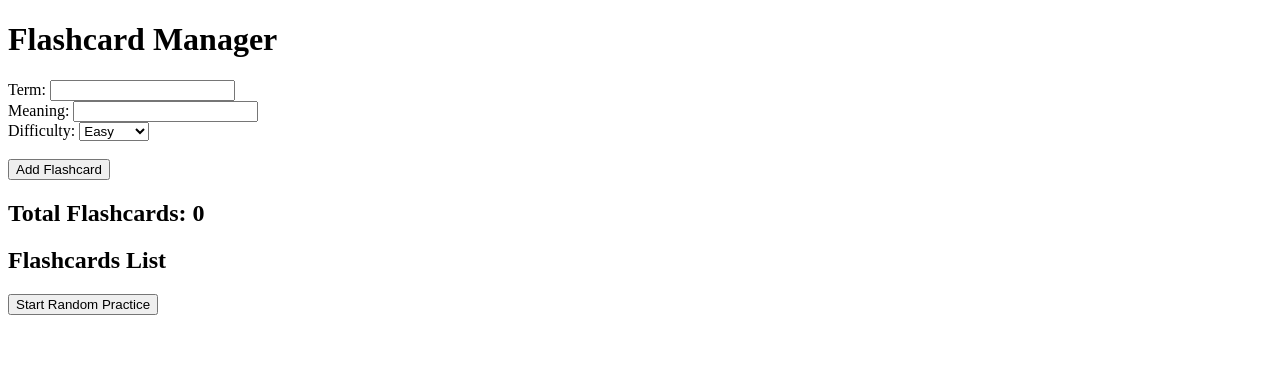
Repository: Oriyin/Algorithm_StudyHelper
Page: http://localhost/flashcards
The author's editor kept a copy of each file at every save. The page is drawn from the files as they stood at one save, then again after the next save.
The browser window is 1280 px wide. The pictures show the whole page.
The page is served by the project's application, run on Flask 3 (backend/app.py). Other server files are loaded and not shown.

Above is the page before, as saved 2024-10-11 11:56:54.

### templates/flashcards.html
<!DOCTYPE html>
<html lang="en">
<head>
    <meta charset="UTF-8">
    <meta name="viewport" content="width=device-width, initial-scale=1.0">
    <title>Flashcards</title>
</head>
<body>
    <h1>Flashcard Manager</h1>

    <!-- Form สำหรับการเพิ่ม flashcard -->
    <form method="POST" action="{{ url_for('manage_flashcards') }}">
        <label for="term">Term:</label>
        <input type="text" name="term" id="term" required><br>

        <label for="meaning">Meaning:</label>
        <input type="text" name="meaning" id="meaning" required><br>

        <!-- Dropdown for selecting difficulty -->
        <label for="difficulty">Difficulty:</label>
        <select name="difficulty" id="difficulty" required>
            <option value="Easy">Easy</option>
            <option value="Medium">Medium</option>
            <option value="Hard">Hard</option>
        </select><br><br>

        <button type="submit">Add Flashcard</button>
    </form>

    <!-- Display total number of flashcards -->
    <h2>Total Flashcards: {{ flashcards|length }}</h2>

    <h2>Flashcards List</h2>
    <ul>
        {% for flashcard in flashcards %}
            <li>{{ flashcard.term }} - {{ flashcard.meaning }} ({{ flashcard.difficulty }})</li>
        {% endfor %}
    </ul>

    <!-- Button to start practicing flashcards -->
    <form method="GET" action="{{ url_for('start_practice') }}">
        <button type="submit">Start Random Practice</button>
    </form>
</body>
</html>

### backend/app.py
# app.py

from flask import Flask, request, render_template, redirect, url_for
from algorithm import *

# Initialize the Flask application and specify the template folder
app = Flask(__name__, template_folder="../templates")

# Global variables for storing tasks and notes temporarily
tasks = []
notes = []
task_counter = 0  # A counter to uniquely identify each task

# Route for the home page
@app.route('/')
def home():
    return render_template('index.html')

# Route for managing tasks
@app.route('/tasks', methods=['GET', 'POST'])
def manage_tasks():
    global tasks, task_counter
    if request.method == 'POST':
        task_name = request.form.get('task_name')
        task_description = request.form.get('task_description')
        due_date = request.form.get('due_date')
        priority = int(request.form.get('priority'))

        if task_name and task_description and due_date:
            task_counter += 1  # Increment task counter for each new task
            tasks.append({
                'id': task_counter,  # Assign unique ID to each task
                'name': task_name,
                'description': task_description,
                'dueDate': due_date,
                'priority': priority,
                'completed': False
            })

            # Sort tasks by due date immediately (excluding completed tasks) using Insertion Sort
            tasks = insertion_sort([task for task in tasks if not task['completed']], 'dueDate') + [task for task in tasks if task['completed']]

            print("Updated tasks list:")
            print(tasks)

    todo_tasks = [task for task in tasks if not task['completed']]
    done_tasks = [task for task in tasks if task['completed']]

    return render_template('tasks.html', todo_tasks=todo_tasks, done_tasks=done_tasks, enumerate=enumerate)

# Route for managing notes
@app.route('/notes', methods=['GET', 'POST'])
def manage_notes():
    global notes
    if request.method == 'POST':
        note_title = request.form.get('note_title')
        note_content = request.form.get('note_content')

        if note_title and note_content:
            notes.append({
                'title': note_title,
                'content': note_content
            })
            print("Updated notes list:")
            print(notes)

    return render_template('notes.html', notes=notes, enumerate=enumerate)

# Route to edit a specific note by index
@app.route('/edit_note/<int:index>', methods=['POST'])
def edit_note(index):
    global notes
    new_title = request.form.get('edit_note_title')
    new_content = request.form.get('edit_note_content')

    if new_title and new_content:
        # Update the note with new values
        notes[index]['title'] = new_title
        notes[index]['content'] = new_content
        print("Updated notes list:")
        print(notes)

    return redirect(url_for('manage_notes'))

# Route to delete a specific note by index
@app.route('/delete_note/<int:index>', methods=['POST'])
def delete_note(index):
    global notes
    if index < len(notes):
        notes.pop(index)
        print("Updated notes list:")
        print(notes)
    return redirect(url_for('manage_notes'))

# Route to search through notes using a case-insensitive search with highlighted results
@app.route('/search_notes', methods=['POST'])
def search_notes():
    global notes
    search_pattern = request.form.get('search_pattern').lower()  # Make the search pattern lowercase
    search_results = []

    # Perform case-insensitive search on each note's title and content using naive string search
    for index, note in enumerate(notes):
        title = note['title']
        content = note['content']
        highlighted_content = content

        # Use naive string search to find matches (case-insensitive)
        matches = naive_string_search(content.lower(), search_pattern)  # Perform the search on lowercase text

        # If matches are found, highlight them in the content
        if matches:
            for match_index in matches:
                # Highlight the matched text using HTML <mark> tag
                match = content[match_index:match_index + len(search_pattern)]
                highlighted_content = highlighted_content.replace(match, f"<mark>{match}</mark>")
            search_results.append({
                'index': index,
                'title': title,
                'highlighted_content': highlighted_content
            })

    # If no matches are found, set a message to be displayed
    no_match_message = None
    if not search_results:
        no_match_message = "Don't have any file that match with finding word."

    return render_template('notes.html', notes=notes, search_results=search_results, no_match_message=no_match_message, search_pattern=search_pattern, enumerate=enumerate)

# Route to edit a specific task by index
@app.route('/edit_task/<int:index>', methods=['POST'])
def edit_task(index):
    global tasks
    new_name = request.form.get('edit_name')
    new_description = request.form.get('edit_description')
    new_due_date = request.form.get('edit_due_date')
    new_priority = int(request.form.get('edit_priority'))

    if new_name and new_description and new_due_date:
        # Update the task with new values
        tasks[index]['name'] = new_name
        tasks[index]['description'] = new_description
        tasks[index]['dueDate'] = new_due_date
        tasks[index]['priority'] = new_priority
        print("Updated tasks list:")
        print(tasks)

    # Re-sort tasks by due date immediately after editing using Insertion Sort
    tasks = insertion_sort([task for task in tasks if not task['completed']], 'dueDate') + [task for task in tasks if task['completed']]

    return redirect(url_for('manage_tasks'))

# Route to toggle a task's completion status using its unique ID
@app.route('/toggle_completed/<int:task_id>', methods=['POST'])
def toggle_completed(task_id):
    global tasks
    for task in tasks:
        if task['id'] == task_id:
            task['completed'] = not task['completed']
            print("Updated tasks list:")
            print(tasks)
            break
    # Re-sort the tasks to ensure they are in the correct order
    tasks = insertion_sort([task for task in tasks if not task['completed']], 'dueDate') + [task for task in tasks if task['completed']]
    return redirect(url_for('manage_tasks'))

# Route to delete a task by its unique ID
@app.route('/delete_task/<int:task_id>', methods=['POST'])
def delete_task(task_id):
    global tasks
    tasks = [task for task in tasks if task['id'] != task_id]
    print("Updated tasks list:")
    print(tasks)
    return redirect(url_for('manage_tasks'))

# Route to sort tasks by due date using Merge Sort
@app.route('/sort_by_due_date', methods=['POST'])
def sort_by_due_date():
    global tasks
    incomplete_tasks = [task for task in tasks if not task['completed']]
    # Use merge_sort to sort the incomplete tasks by 'dueDate'
    tasks = merge_sort(incomplete_tasks, 'dueDate') + [task for task in tasks if task['completed']]
    print("Updated tasks list:")
    print(tasks)
    return redirect(url_for('manage_tasks'))

# Route to sort tasks by priority
@app.route('/sort_by_priority', methods=['POST'])
def sort_by_priority():
    global tasks
    incomplete_tasks = [task for task in tasks if not task['completed']]
    tasks = counting_sort(incomplete_tasks, 'priority') + [task for task in tasks if task['completed']]
    print("Updated tasks list:")
    print(tasks)
    return redirect(url_for('manage_tasks'))

# Route to sort tasks by both due date and priority
@app.route('/sort_by_both', methods=['POST'])
def sort_by_both():
    global tasks
    incomplete_tasks = [task for task in tasks if not task['completed']]
    tasks = heap_sort(incomplete_tasks, 'dueDate', 'priority') + [task for task in tasks if task['completed']]
    print("Updated tasks list:")
    print(tasks)
    return redirect(url_for('manage_tasks'))

# Global variable to store flashcards
flashcards = []

@app.route('/flashcards', methods=['GET', 'POST'])
def manage_flashcards():
    global flashcards
    if request.method == 'POST':
        term = request.form.get('term')
        meaning = request.form.get('meaning')
        difficulty = request.form.get('difficulty')  # Capture the difficulty level

        # Create a new flashcard with 'incorrect_count' initialized to 0 and difficulty level
        new_flashcard = {'term': term, 'meaning': meaning, 'difficulty': difficulty, 'incorrect_count': 0}

        # Use the uniqueness testing function to avoid duplicates
        if uniqueness_testing(flashcards, new_flashcard):
            print("Flashcard added successfully!")
        else:
            print("Duplicate term found! Flashcard not added.")

    # Render the flashcards page with the flashcards list and total number
    return render_template('flashcards.html', flashcards=flashcards, enumerate=enumerate)


# Route to start flashcard practice (randomizes flashcards before starting)
@app.route('/start_practice', methods=['GET'])
def start_practice():
    global flashcards
    # Randomize flashcards before starting practice
    flashcards = random_flashcards(flashcards)
    return redirect(url_for('practice_flashcard', index=0))

# Route for reviewing flashcards one by one during practice
@app.route('/practice_flashcard/<int:index>', methods=['GET', 'POST'])
def practice_flashcard(index):
    global flashcards
    if request.method == 'POST':
        # Check if the answer was correct or not
        is_correct = request.form.get('is_correct') == 'true'
        if not is_correct:
            flashcards[index]['incorrect_count'] += 1

        # Move to the next flashcard
        next_index = index + 1
        if next_index < len(flashcards):
            return redirect(url_for('practice_flashcard', index=next_index))
        else:
            return redirect(url_for('practice_completed'))

    # Render the current flashcard for practice
    flashcard = flashcards[index]
    return render_template('practice_flashcard.html', flashcard=flashcard, index=index)

# Route for completing practice session and showing results
@app.route('/practice_completed')
def practice_completed():
    global flashcards
    # Set a threshold to classify flashcards (low incorrect_count threshold)
    low_threshold = 1  # Adjust this threshold as needed

    # Use the divide and conquer algorithm to group flashcards based on incorrect_count
    grouped_flashcards = divide_and_conquer_flashcards(flashcards, low_threshold)

    # Flashcards with zero incorrect answers are considered correct
    correct_flashcards = [fc for fc in grouped_flashcards if fc['incorrect_count'] == 0]
    incorrect_flashcards = [fc for fc in grouped_flashcards if fc['incorrect_count'] > 0]

    # Render the results page after practice
    return render_template('practice_completed.html', correct_flashcards=correct_flashcards, incorrect_flashcards=incorrect_flashcards)

# Route to practice again (randomizes flashcards and restarts the session)
@app.route('/practice_again', methods=['GET'])
def practice_again():
    global flashcards
    # Randomize flashcards before starting practice again
    flashcards = random_flashcards(flashcards)
    return redirect(url_for('practice_flashcard', index=0))

@app.route('/sort_flashcards_by_difficulty', methods=['POST'])
def sort_flashcards_by_difficulty():
    global flashcards
    flashcards = counting_sort(flashcards, 'difficulty')  # ใช้ Counting Sort จัดเรียงตาม difficulty
    return redirect(url_for('manage_flashcards'))

# Run the Flask server
if __name__ == "__main__":
    app.run(debug=True)
    print(tasks)
    print(notes)

After the next save:
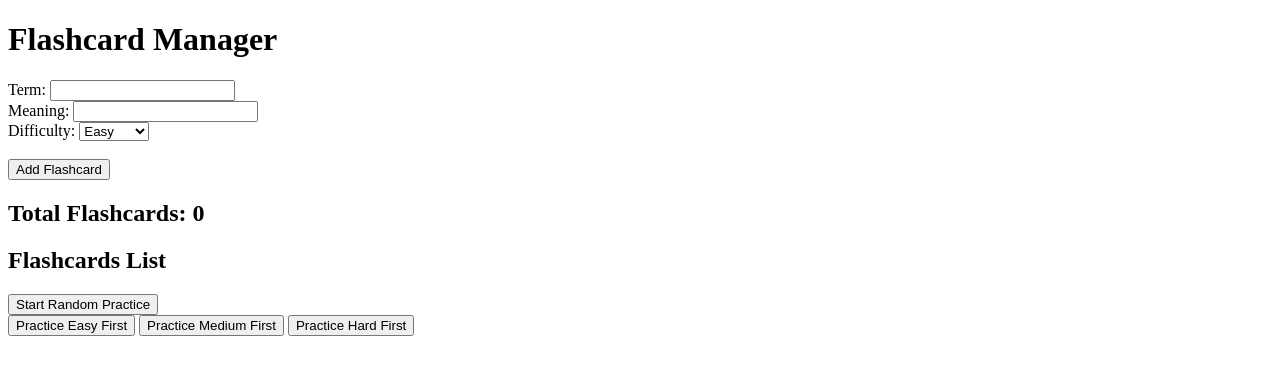
Saved 20 s later.
--- a/templates/flashcards.html
+++ b/templates/flashcards.html
@@ -37,9 +37,16 @@
         {% endfor %}
     </ul>
 
-    <!-- Button to start practicing flashcards -->
+    <!-- Button to start random practice flashcards -->
     <form method="GET" action="{{ url_for('start_practice') }}">
         <button type="submit">Start Random Practice</button>
     </form>
+
+    <!-- Buttons to sort and practice based on difficulty -->
+    <form method="POST" action="{{ url_for('sort_flashcards_by_difficulty') }}">
+        <button type="submit" name="difficulty" value="Easy">Practice Easy First</button>
+        <button type="submit" name="difficulty" value="Medium">Practice Medium First</button>
+        <button type="submit" name="difficulty" value="Hard">Practice Hard First</button>
+    </form>
 </body>
 </html>
